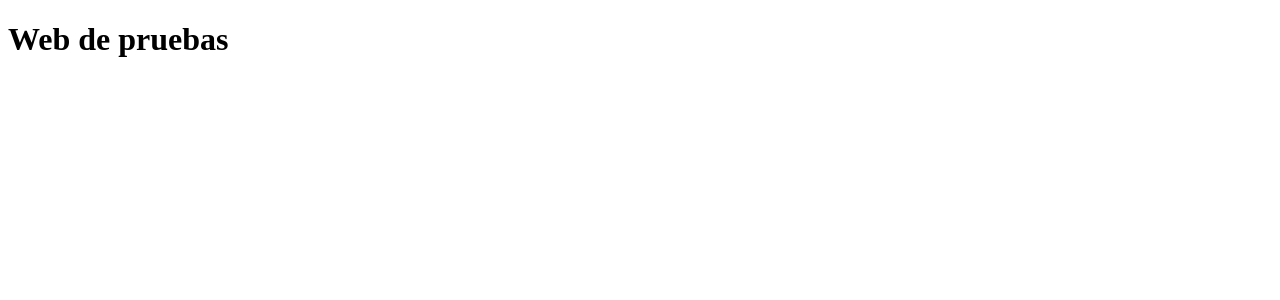
Repository: edujca/MyWeb
Page: web.html
An editor plug-in stored every save of this project. The page is shown before and after the next save, followed by the edit.
The browser window is 1280 px wide. The pictures show the whole page.

Above is the page before, as saved 2025-01-21 17:47:45.

After the next save:
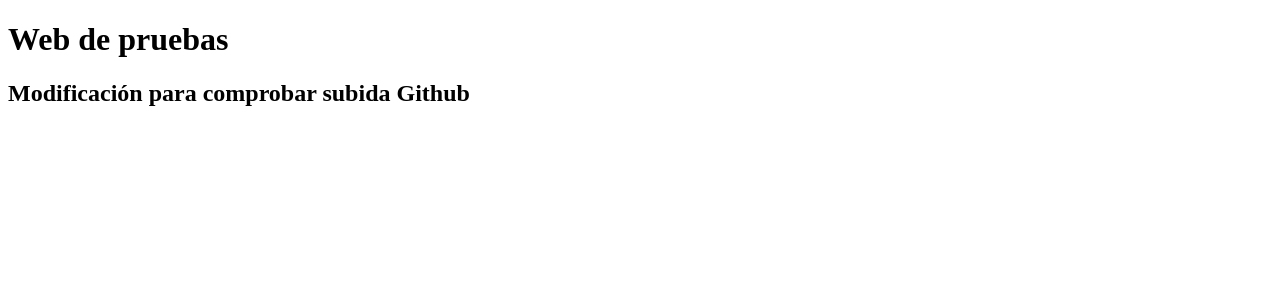
Saved 51 min 16 s later.
--- a/web.html
+++ b/web.html
@@ -7,5 +7,6 @@
 </head>
 <body>
     <h1>Web de pruebas</h1>
+    <h2>Modificación para comprobar subida Github</h2>
 </body>
 </html>
